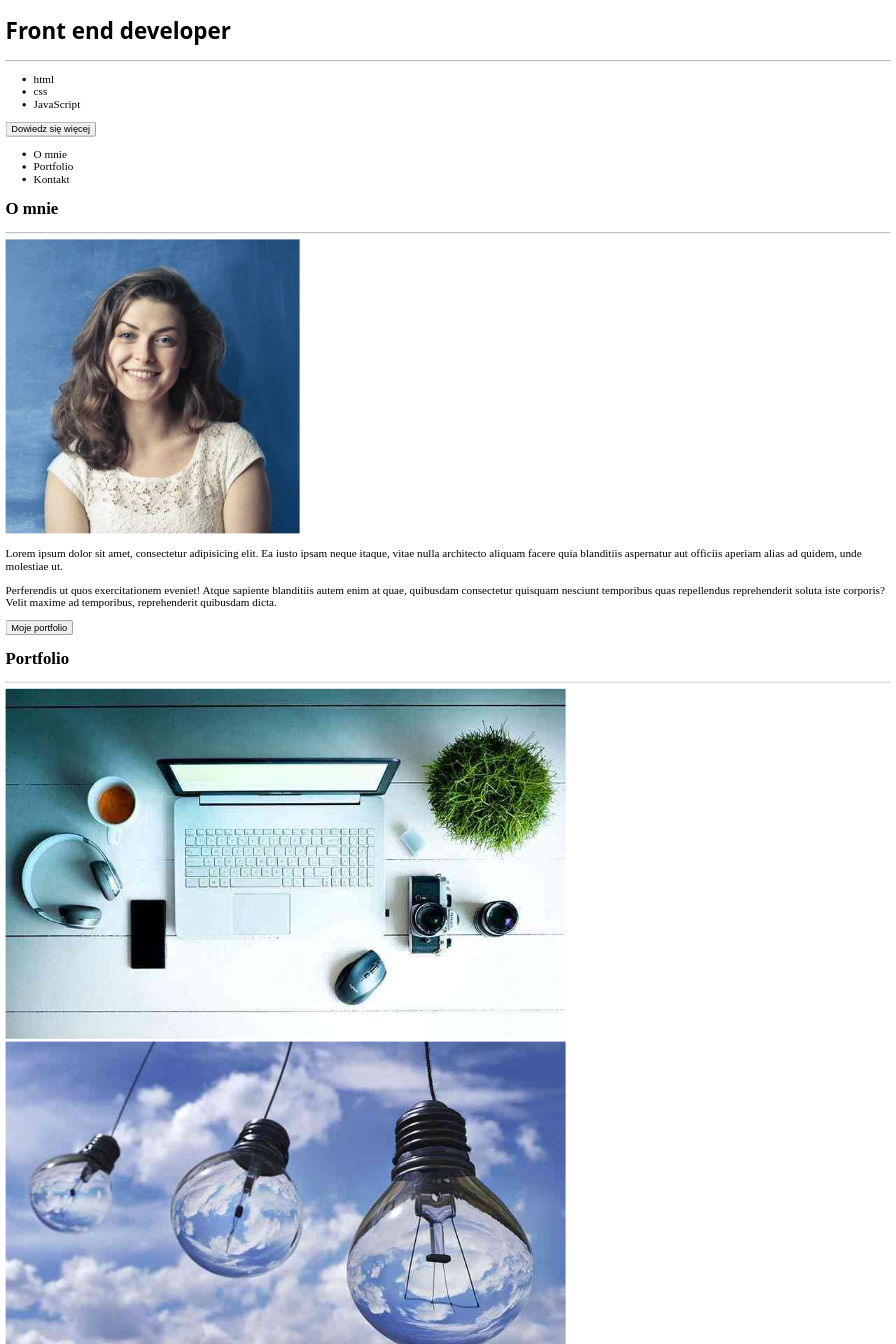
Repository: magdaf41/CSS
Page: zadanie_9/index.html
These files come from the project's save history. The page is drawn as it stood at one moment and after the next save; the edit follows.
The browser window is 1280 px wide. The pictures show the part of the page from y = 0 to 1920 px (the page is 7218 px tall before and 7212 px after), at 70% of full size.
Some web fonts or font styles are not loaded; a fallback is used.

Above is the page before, as saved 2020-08-24 23:19:01.

### zadanie_9/index.html
<!DOCTYPE html>
<html lang="en">

<head>
    <meta charset="UTF-8">
    <meta name="viewport" content="width=device-width, initial-scale=1.0">
    <title>Portfolio</title>
    <link rel="stylesheet" href="css/style.css">
    <link rel="stylesheet" href="https://cdnjs.cloudflare.com/ajax/libs/font-awesome/4.7.0/css/font-awesome.min.css">

</head>

<body>
    <header id="header">
        <h1>Front end developer</h1>
        <hr>
        <ul class="skills">
            <li>html</li>
            <li>css</li>
            <li>JavaScript</li>
        </ul>
        <button class="button">Dowiedz się więcej</button>
    </header>

    <nav>
        <ul class="menu">
            <li id="aboutMe">O mnie </li>
            <li id="portfolio">Portfolio</li>
            <li id="contact">Kontakt</li>
        </ul>
    </nav>

    <section class="aboutMe">
        <h2 class="title">O mnie</h2>
        <hr>
        <img src="img/about.jpg" alt="moje_zdjęcie">
        <p>Lorem ipsum dolor sit amet, consectetur adipisicing elit. Ea iusto ipsam neque itaque, vitae nulla architecto
            aliquam facere quia blanditiis aspernatur aut officiis aperiam alias ad quidem, unde molestiae ut.</p>
        <p>Perferendis ut quos exercitationem eveniet! Atque sapiente blanditiis autem enim at quae, quibusdam
            consectetur quisquam nesciunt temporibus quas repellendus reprehenderit soluta iste corporis? Velit maxime
            ad temporibus, reprehenderit quibusdam dicta.</p>
        <button class="button">Moje portfolio</button>

    </section>
    <section class="portfolio">
        <h2 class="title">Portfolio</h2>
        <hr>
        <img src="img/portfolio/photo-1.jpg" alt="photo-1">
        <img src="img/portfolio/photo-2.jpg" alt="photo-2">
        <img src="img/portfolio/photo-3.jpg" alt="photo-3">
        <img src="img/portfolio/photo-4.jpg" alt="photo-4">
        <img src="img/portfolio/photo-5.jpg" alt="photo-5">
        <img src="img/portfolio/photo-6.jpg" alt="photo-6">
        <img src="img/portfolio/photo-7.jpg" alt="photo-7">
        <img src="img/portfolio/photo-8.jpg" alt="photo-8">
        <img src="img/portfolio/photo-9.jpg" alt="photo-9">
        <img src="img/portfolio/photo-10.jpg" alt="photo-10">
        <img src="img/portfolio/photo-11.jpg" alt="photo-11">
        <img src="img/portfolio/photo-12.jpg" alt="photo-12">
    </section>

    <section class="contact"></section>
    <h2 class="title">Kontakt</h2>
    <hr>
    <form class="form">
        <input type="text" name="name" id="name" placeholder="Imię">
        <input type="email" name="email" id="email" placeholder="Email">
        <textarea name="message" id="message" placeholder="Wiadomość"></textarea>
        <button type="submit" class="button">Wyślij wiadomość</button>
    </form>

    <a href="#" class="fa fa-facebook"></a>
    <a href="#" class="fa fa-twitter"></a>

    <footer>
        <p>Copyright&copy; Magdalena Falkowska-Legieć
        <p></p>
    </footer>

</body>

</html>

### zadanie_9/css/style.css
* {
    box-sizing: border-box;
}

hr {
    color: blue;
}

h1{

        font-family: 'Open Sans', sans-serif;


}

After the next save:
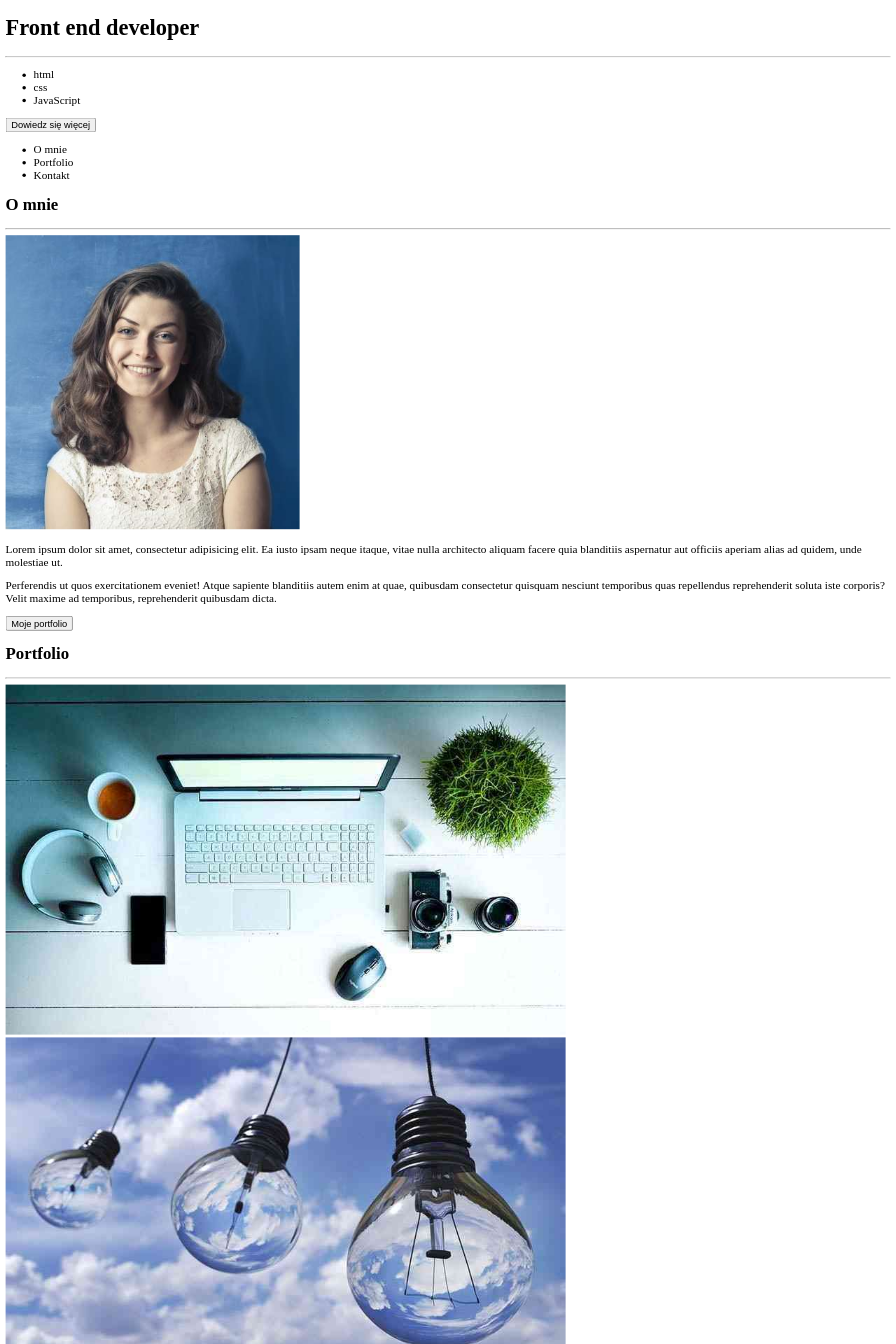
Saved 16 s later.
--- a/zadanie_9/css/style.css
+++ b/zadanie_9/css/style.css
@@ -8,7 +8,7 @@
 
 h1{
 
-        font-family: 'Open Sans', sans-serif;
+       /* font-family: 'Open Sans', sans-serif;
 
 
 }

After the save that followed:
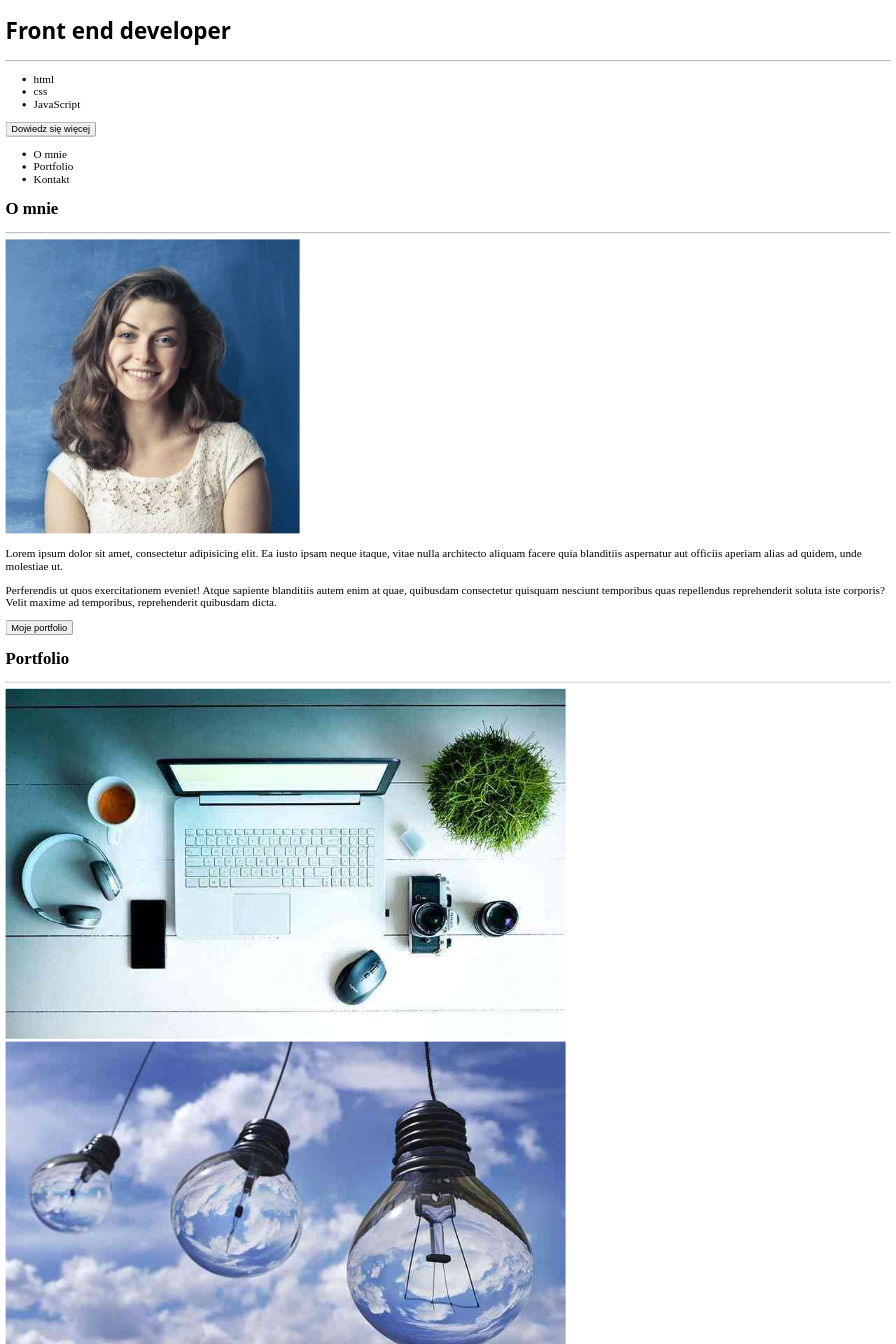
Saved 12 s later.
--- a/zadanie_9/index.html
+++ b/zadanie_9/index.html
@@ -7,7 +7,7 @@
     <title>Portfolio</title>
     <link rel="stylesheet" href="css/style.css">
     <link rel="stylesheet" href="https://cdnjs.cloudflare.com/ajax/libs/font-awesome/4.7.0/css/font-awesome.min.css">
-
+    <link href="https://fonts.googleapis.com/css2?family=Opay=swap" rel="stylesheet">
 </head>
 
 <body>
--- a/zadanie_9/css/style.css
+++ b/zadanie_9/css/style.css
@@ -8,7 +8,7 @@
 
 h1{
 
-       /* font-family: 'Open Sans', sans-serif;
+        font-family: 'Open Sans', sans-serif;
 
 
 }
